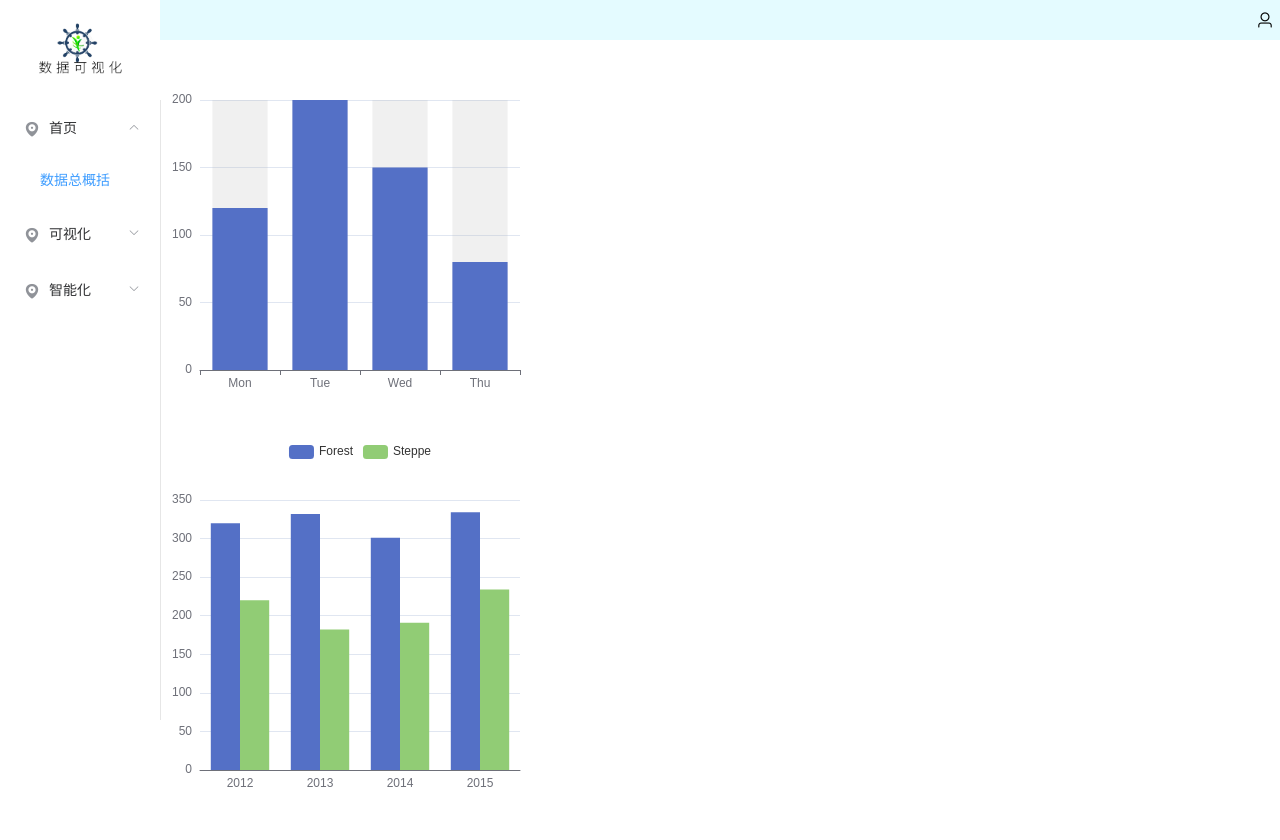
Repository: FoSuCloud/lianjia-vue
Page: /#/home/list
An editor plug-in stored every save of this project. The page is shown before and after the next save, followed by the edit.
The browser window is 1280 px wide. The pictures show the whole page.
The project was rebuilt for these pictures with package versions that can differ from the ones it lists, and the page was loaded fresh each time. Also part of the build but not shown: vue.config.js.

Above is the page before, as saved 2021-03-27 21:47:17.

After the next save:
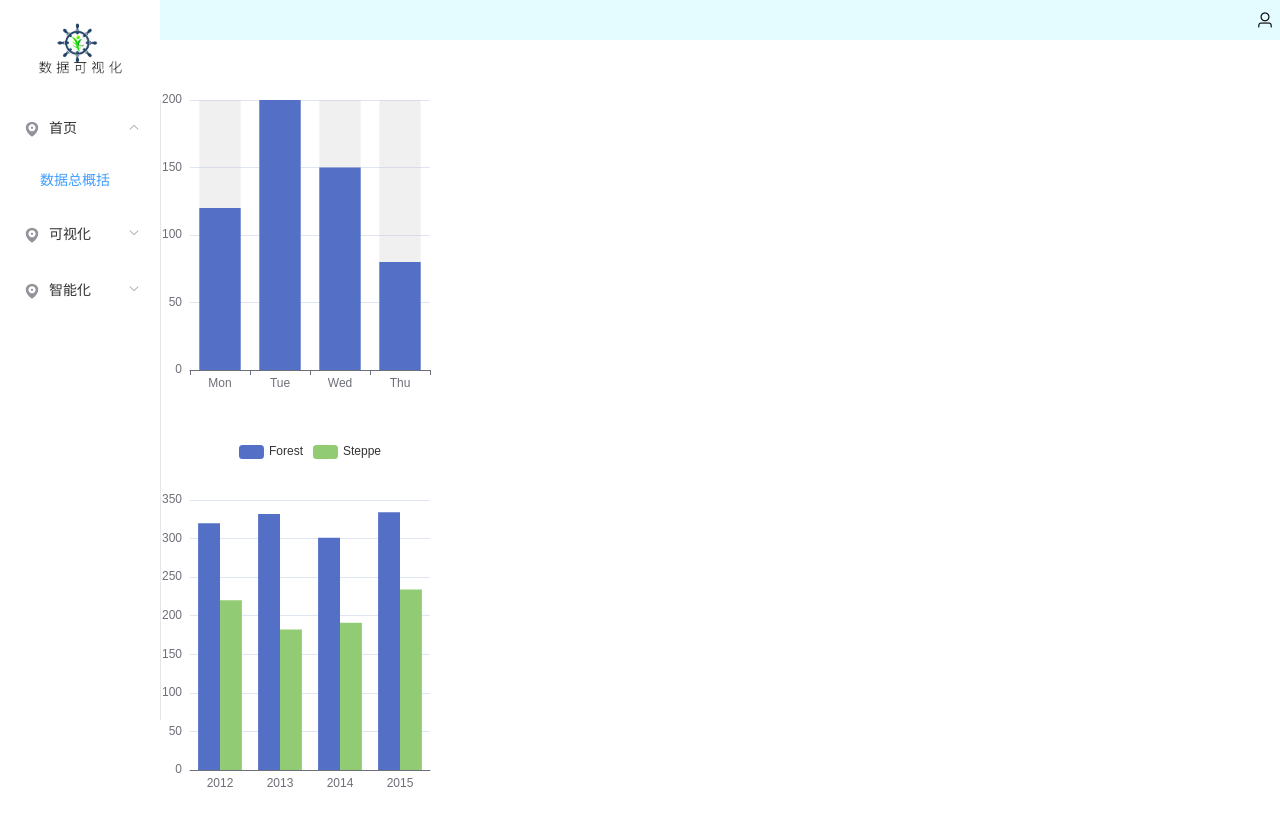
Saved 51 s later.
--- a/src/views/home/Home.vue
+++ b/src/views/home/Home.vue
@@ -108,7 +108,7 @@ export default {
   width: 100%;
   #home-bar,
   #home-type {
-    width: 400px;
+    width: 300px;
     height: 400px;
   }
 }
